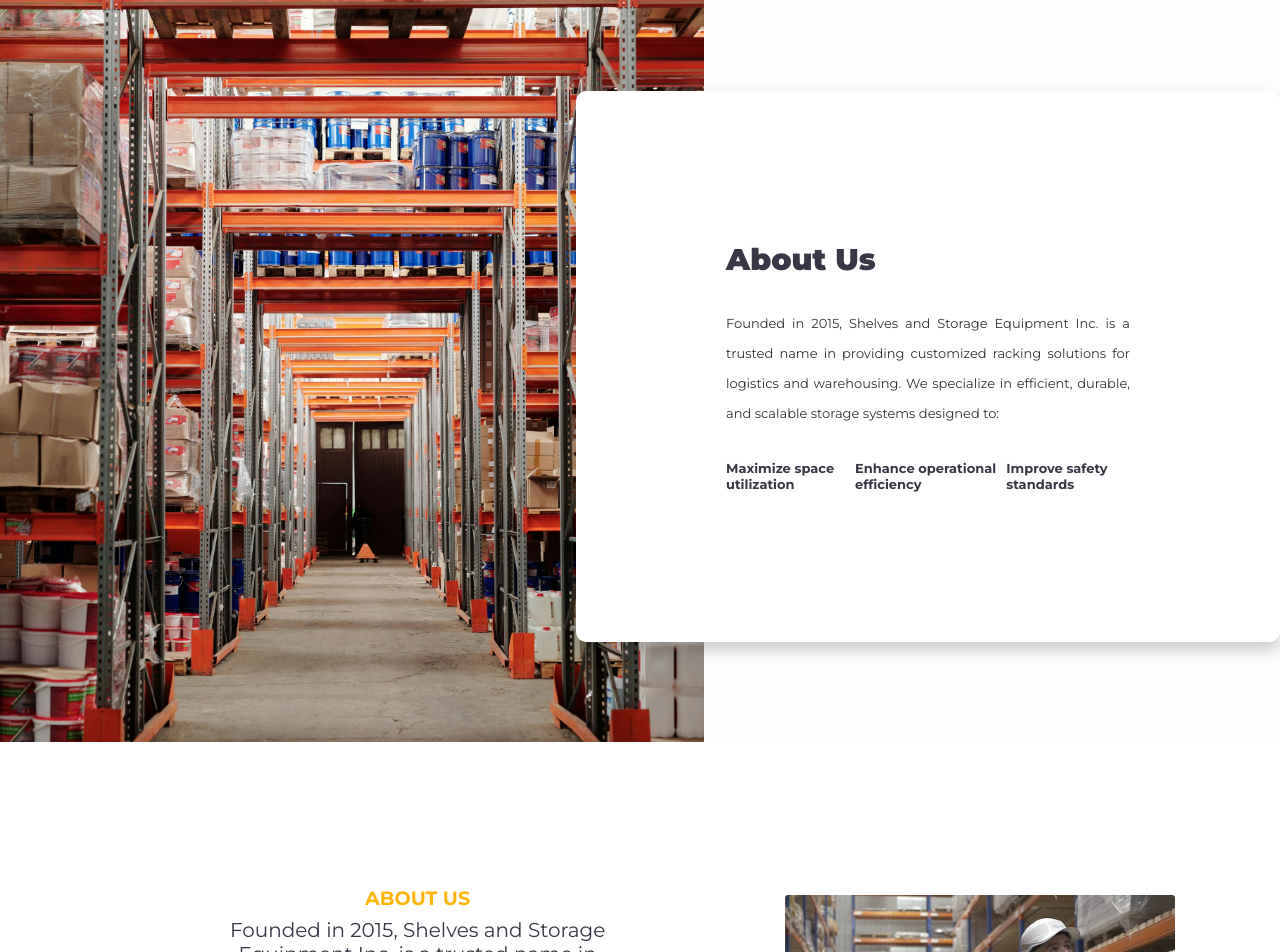
Repository: jahatesu/shelves-and-storage-equipment
Page: index.html
These files come from the project's save history. The page is drawn as it stood at one moment and after a run of saves; the edit follows.
The browser window is 1280 px wide. The pictures show the part of the page from y = 729 to 1681 px (the page is 7810 px tall).
A picture or video elsewhere on the page could not be fetched, so the positions and the page height are approximate. Backgrounds fixed to the window are drawn as part of the page. Some web fonts or font styles are not loaded; a fallback is used. Some web libraries are served in a nearby version.

Above is the page before, as saved 2025-01-25 19:17:08.
Console error: TypeError: Cannot read properties of null (reading 'querySelector')

### index.html
<!DOCTYPE html>
<html lang="en">
<head>
    <meta charset="UTF-8">
    <meta name="viewport" content="width=device-width, initial-scale=1.0">
    <!-- Remix Icons -->
    <link rel="stylesheet" href="https://cdnjs.cloudflare.com/ajax/libs/remixicon/4.2.0/remixicon.css">
    <!-- Swiper CSS -->
    <link rel="stylesheet" href="assets\js\swiper-bundle.min.js" />
    <!-- CSS -->
    <link rel="stylesheet" href="style.css">
    <script src="https://cdnjs.cloudflare.com/ajax/libs/jquery/3.7.1/jquery.min.js"></script>
    <title>Shelves and Storage</title>
    <link rel="stylesheet" href="https://fonts.googleapis.com/css?family=Material+Symbols+Rounded&opsz,wght,FILL,GRAD@48,400,0,0" />
    <script  src="https://kit.fontawesome.com/64d58efce2.js" crossorigin="anonymous" ></script>
</head>

<body>

    <!-- Navigation Bar -->
    <header class="transparent">
        <div class="logo">
            <img src="assets\images\logo.png" alt="Shelves and Storage Logo">
        </div>

        <div class="navigation">
            <input type="checkbox" id="nav-checkbox">
            <label for="nav-checkbox" class="nav-toggle">
                <i class="ri-menu-fill"></i>
            </label>

            <ul class="nav-menu">
                <li><a href="#">Home</a></li>
                <li><a href="#">About Us</a></li>
                <li><a href="#">Services</a></li>
                <li><a href="#">Products</a></li>
                <li><a href="#">Contact Us</a></li>
            </ul>
        </div>
    </header>

    <!-- Hero Section -->
    <div class="hero">
        <h1 class="animate__animated animate__fadeInDown">Shelves and Storage Equipment</h1>
        <h3 class="animate__animated animate__fadeInUp">Storage and Racking Expert</h3>
    </div>

    <!-- about -->

    <div class="about-section">
        <div class="inner-container">
            <h1>About Us</h1>
            <p class="text">
                Founded in 2015, Shelves and Storage Equipment Inc. is a trusted name in providing customized racking solutions for logistics and warehousing. We specialize in efficient, durable, and scalable storage systems designed to:
            </p>
            <div class="skills">
                <span>Maximize space utilization</span>
                <span>Enhance operational efficiency</span>
                <span>Improve safety standards</span>
            </div>
        </div>
    </div>

<!-- About Section -->
<section class="about section" id="about">
    <div class="about_container container grid">
        <div class="about_data">
            <span class="section_subtitle">ABOUT US</span>
            <p>
                Founded in 2015, Shelves and Storage Equipment Inc. is a trusted name in providing customized racking solutions for logistics and warehousing.
            </p>
            <h2 class="section_title">Why choose us?</h2>
            <p class="about_description">
                We specialize in efficient, durable, and scalable storage systems designed to:
            </p>
            <ul class="about_list grid">
                <li class="about_list-item">
                    <i class="ri-checkbox-circle-line"></i>
                    <span>Maximize Space Utilization</span>
                </li>
                <li class="about_list-item">
                    <i class="ri-checkbox-circle-line"></i>
                    <span>Enhance operational efficiency</span>
                </li>
                <li class="about_list-item">
                    <i class="ri-checkbox-circle-line"></i>
                    <span> Durability</span>
                </li>
                <li class="about_list-item">
                    <i class="ri-checkbox-circle-line"></i>
                    <span>Improve safety standards</span>
                </li>
            </ul>
        </div>
        <div class="about_images">
            <img src="assets/images/about_img1.png" alt="image" class="about_img1">
            <img src="assets/images/about_img2.png" alt="image" class="about_img2">
        </div>
    </div>
</section>

<!-- Services Section -->
<div class="services-container">
    <div class="service-card">
      <div class="card-image">
        <img src="#" alt="Profile Picture of Annie Lea">
      </div>
      <div class="card-header">
        <h3 class="name">Annie Lea</h3>
        <p class="role">Apps Developer</p>
      </div>
      <div class="card-content">
        <p>Lorem ipsum dolor sit amet, consectetur adipisicing elit. Dolorem quaerat iusto adipisci reprehenderit quasi cum perspiciatis, minima reiciendis magni quam!</p>
      </div>
    </div>
    <div class="service-card">
      <div class="card-image">
        <img src="#" alt="Profile Picture of Eliana Maia">
      </div>
      <div class="card-header">
        <h3 class="name">Eliana Maia</h3>
        <p class="role">Website Developer</p>
      </div>
      <div class="card-content">
        <p>Lorem ipsum dolor sit amet, consectetur adipisicing elit. Dolorem quaerat iusto adipisci reprehenderit quasi cum perspiciatis, minima reiciendis magni quam!</p>
      </div>
    </div>
    <div class="service-card">
      <div class="card-image">
        <img src="#" alt="Profile Picture of Harley Briana">
      </div>
      <div class="card-header">
        <h3 class="name">Harley Briana</h3>
        <p class="role">Graphic Designer</p>
      </div>
      <div class="card-content">
        <p>Lorem ipsum dolor sit amet, consectetur adipisicing elit. Dolorem quaerat iusto adipisci reprehenderit quasi cum perspiciatis, minima reiciendis magni quam!</p>
      </div>
    </div>
  </div>

<!-- what we offer -->
<section class="services section" id="services">
    <div class="services_container container grid">
        <div class="services_data">
            <div>
                <span class="section_subtitle">WHAT WE OFFER</span>
                <h2 class="section_title">Heavy and Light Duty Racks System</h2>
            </div>
        </div>
        <div class="services_grid">
            <article class="services_card">
                <div class="services_icon">
                    <img src="/assets/images/driveInRack.jpg" alt="Drive in Rack">
                </div>
                <h3 class="services_title">Drive in Rack</h3>
                <p>
                    Forklifts drive into storage lanes, reducing aisle space. Perfect for bulk storage.
                </p>
            </article>
            <article class="services_card">
                <div class="services_icon">
                    <img src="assets/images/cantileverRack.jpg" alt="Cantilever Rack">
                </div>
                <h3 class="services_title">Cantilever Rack</h3>
                <p>
                    Ideal for long, bulky items. Easy loading and unloading, maximizes space. Available in single or double-sided options.
                </p>
            </article>
            <article class="services_card">
                <div class="services_icon">
                    <img src="assets/images/mezzanineFloorRack.jpg" alt="Mezzanine Floor">
                </div>
                <h3 class="services_title">Mezzanine Floor</h3>
                <p>
                    Cost-effective, customizable, and durable. Ideal for storage, offices, or production areas.
                </p>
            </article>
            <article class="services_card">
                <div class="services_icon">
                    <img src="assets/images/radioShuttle.jpeg" alt="Radio Shuttle">
                </div>
                <h3 class="services_title">Radio Shuttle Racking</h3>
                <p>
                    Optimize warehouse space and efficiency. Semi-automated, high-density storage. Fast pallet handling, both FIFO and LIFO.
                </p>
            </article>
        </div>
    </div>
</section>

<!-- products -->
<section class="projects section" id="projects">
    <h2 class="section_title_products">Our Products</h2>
    <div class="projects_container container grid">
        <article class="projects_card">
            <img src="assets/images/narrowAisle.jpg" alt="Narrow Aisle Pallet Racking" class="projects_img">
            <div class="projects_data">
                <h2 class="projects_title">Narrow Aisle Pallet Racking</h2>
            </div>
        </article>
        <article class="projects_card">
            <img src="assets/images/doubleDeep.jpg" alt="Double Deep Pallet Racking" class="projects_img">
            <div class="projects_data">
                <h2 class="projects_title">Double Deep Pallet Racking</h2>
            </div>
        </article>
        <article class="projects_card">
            <img src="assets/images/lightDuty.webp" alt="Light Duty Shelves" class="projects_img">
            <div class="projects_data">
                <h2 class="projects_title">Light Duty Shelves</h2>
            </div>
        </article>
        <article class="projects_card">
            <img src="assets/images/boltLess.webp" alt="Boltless Racks" class="projects_img">
            <div class="projects_data">
                <h2 class="projects_title">Boltless Racks</h2>
            </div>
        </article>
        <article class="projects_card">
            <img src="assets/images/counterBalance.jpg" alt="Tailift Counter Balance" class="projects_img">
            <div class="projects_data">
                <h2 class="projects_title">Tailift Counter Balance</h2>
            </div>
        </article>
        <article class="projects_card">
            <img src="assets/images/reachTruck.jpg" alt="Tailift Reach Truck" class="projects_img">
            <div class="projects_data">
                <h2 class="projects_title">Tailift Reach Truck</h2>
            </div>
        </article>
        <article class="projects_card">
            <img src="assets/images/palletRack.webp" alt="Pallet Rack" class="projects_img">
            <div class="projects_data">
                <h2 class="projects_title">Pallet Rack</h2>
            </div>
        </article>
        <article class="projects_card">
            <img src="assets/images/slottedRack.webp" alt="Slotted Rack" class="projects_img">
            <div class="projects_data">
                <h2 class="projects_title">Slotted Rack</h2>
            </div>
        </article>
        <article class="projects_card">
            <img src="assets/images/smRack.webp" alt="Supermarket Rack" class="projects_img">
            <div class="projects_data">
                <h2 class="projects_title">Supermarket Rack</h2>
            </div>
        </article>
        <article class="projects_card">
            <img src="assets/images/shoppingTrolley.jpg" alt="Shopping Trolley" class="projects_img">
            <div class="projects_data">
                <h2 class="projects_title">Shopping Trolley</h2>
            </div>
        </article>
        <article class="projects_card">
            <img src="assets/images/shoppingBasket.jpg" alt="Shopping Basket" class="projects_img">
            <div class="projects_data">
                <h2 class="projects_title">Shopping Basket</h2>
            </div>
        </article>
        <article class="projects_card">
            <img src="assets/images/binBoxes.jpg" alt="Bin Boxes" class="projects_img">
            <div class="projects_data">
                <h2 class="projects_title">Bin Boxes</h2>
            </div>
        </article>
        <article class="projects_card">
            <img src="assets/images/shelving.jpeg" alt="Shelving" class="projects_img">
            <div class="projects_data">
                <h2 class="projects_title">Shelving</h2>
            </div>
        </article>
        <article class="projects_card">
            <img src="assets/images/handPallet.webp" alt="Hand Pallet" class="projects_img">
            <div class="projects_data">
                <h2 class="projects_title">Hand Pallet</h2>
            </div>
        </article>
    </div>
</section>

<!-- contacts -->
<div class="container_contact">
    <span class="big-circle"></span>
    <img src="img/shape.png" class="square" alt="" />
    <div class="form">
      <div class="contact-info">
        <h3 class="title">Let's get in touch</h3>
        <p class="text">
          Lorem ipsum dolor sit amet consectetur adipisicing elit. Saepe
          dolorum adipisci recusandae praesentium dicta!
        </p>

        <div class="info">
          <div class="information">
            <img src="img/location.png" class="icon" alt="" />
            <p>Manila - Philippines</p>
          </div>
          <div class="information">
            <img src="img/email.png" class="icon" alt="" />
            <p>shelvesandstorage.ph@gmail.com<br>
                sseisales3@gmail.com</p>
          </div>
          <div class="information">
            <img src="img/phone.png" class="icon" alt="" />
            <p>0966 750 5869<br>
                (02) 8637 3371</p>
          </div>
        </div>

        <div class="social-media">
          <p>Connect with us :</p>
          <div class="social-icons">
            <a href="#">
              <i class="fab fa-facebook-f"></i>
            </a>
            <a href="#">
              <i class="fab fa-twitter"></i>
            </a>
            <a href="#">
              <i class="fab fa-instagram"></i>
            </a>
            <a href="#">
              <i class="fab fa-linkedin-in"></i>
            </a>
          </div>
        </div>
      </div>

      <div class="contact-form">
        <span class="circle one"></span>
        <span class="circle two"></span>

        <form action="index.html" autocomplete="off">
          <h3 class="title">Contact us</h3>
          <div class="input-container">
            <input type="text" name="name" class="input" />
            <label for="">Username</label>
            <span>Username</span>
          </div>
          <div class="input-container">
            <input type="email" name="email" class="input" />
            <label for="">Email</label>
            <span>Email</span>
          </div>
          <div class="input-container">
            <input type="tel" name="phone" class="input" />
            <label for="">Phone</label>
            <span>Phone</span>
          </div>
          <div class="input-container textarea">
            <textarea name="message" class="input"></textarea>
            <label for="">Message</label>
            <span>Message</span>
          </div>
          <input type="submit" value="Send" class="btn" />
        </form>
      </div>
    </div>
  </div>

  <!-- footer -->
  <footer class="footer">
    <div class="footer_container container grid">
        <div>
            <a href="#" class="footer_logo">
                <img src="assets\images\footerLogo.png" alt="footer logo">
            </a>

            <p class="footer_description">Storage and Racking Expert</p>

            <address class="footer_email">Email: shelvesandstorage.ph@gmail.com</address>
        </div>

        <div class="footer_content grid">
            <div>
                <h3 class="footer_title">Company</h3>
                <ul class="footer_links">
                    <li>
                        <a href="#about" class="footer_link">About Us</a>
                    </li>

                    <li>
                        <a href="#services" class="footer_link">Services</a>
                    </li>

                    <li>
                        <a href="#projects" class="footer_link">Projects</a>
                    </li>
                </ul>
        </div>

        <div>
            <h3 class="footer_title">Information</h3>
            <ul class="footer_list">
                <li>
                    <address class="footer_info">Manila - Philippines</address>
                </li>

                <li>
                </li>

            </ul>
    </div>

    <div>
        <h3 class="footer_title">Social Media</h3>

        <div class="footer_social">
            <a href="#" target="_blank" class="footer_social-link">
                <i class="ri-facebook-circle-line"></i>
            </a>

            <a href="#" target="_blank" class="footer_social-link">
                <i class="ri-instagram-line"></i>
            </a>

            <a href="#" target="_blank" class="footer_social-link">
                <i class="ri-twitter-x-line"></i>
            </a>
        </div>
</div>

    </div>

    <span class="footer_copy">

    </span>
</footer>

<script src="main.js">
</script>

</body>
</html>

Loaded but not shown: assets/js/swiper-bundle.min.js (library); main.js (103 lines, source omitted); style.css (1369 lines, source omitted)

After the next 2 saves:
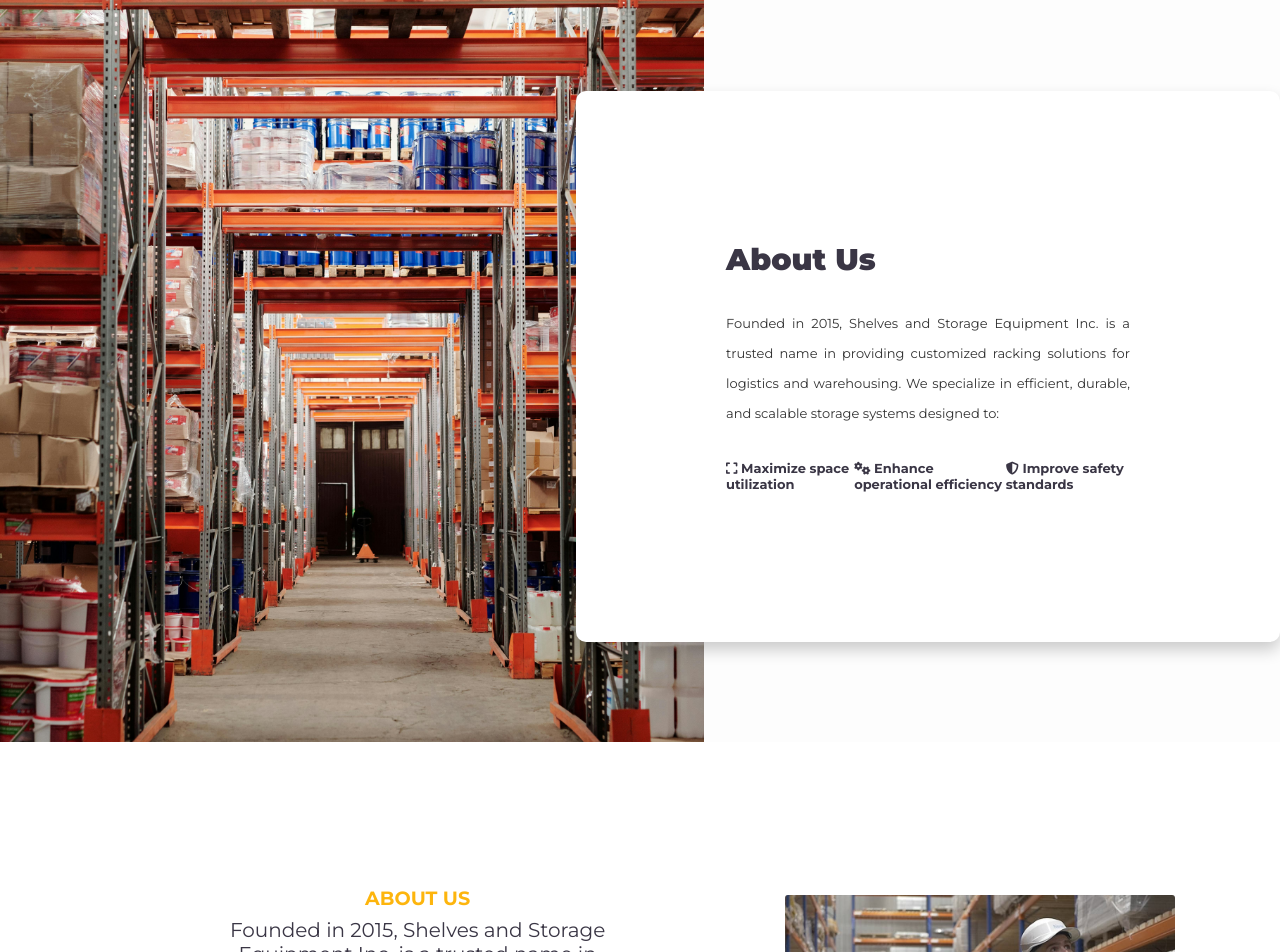
The 2 saves are shown as one change because they came seconds apart.
The last was saved 87 s later.
--- a/index.html
+++ b/index.html
@@ -54,9 +54,9 @@
                 Founded in 2015, Shelves and Storage Equipment Inc. is a trusted name in providing customized racking solutions for logistics and warehousing. We specialize in efficient, durable, and scalable storage systems designed to:
             </p>
             <div class="skills">
-                <span>Maximize space utilization</span>
-                <span>Enhance operational efficiency</span>
-                <span>Improve safety standards</span>
+                <span><i class="fas fa-expand"></i> Maximize space utilization</span>
+                <span><i class="fas fa-cogs"></i> Enhance operational efficiency</span>
+                <span><i class="fas fa-shield-alt"></i> Improve safety standards</span>
             </div>
         </div>
     </div>
